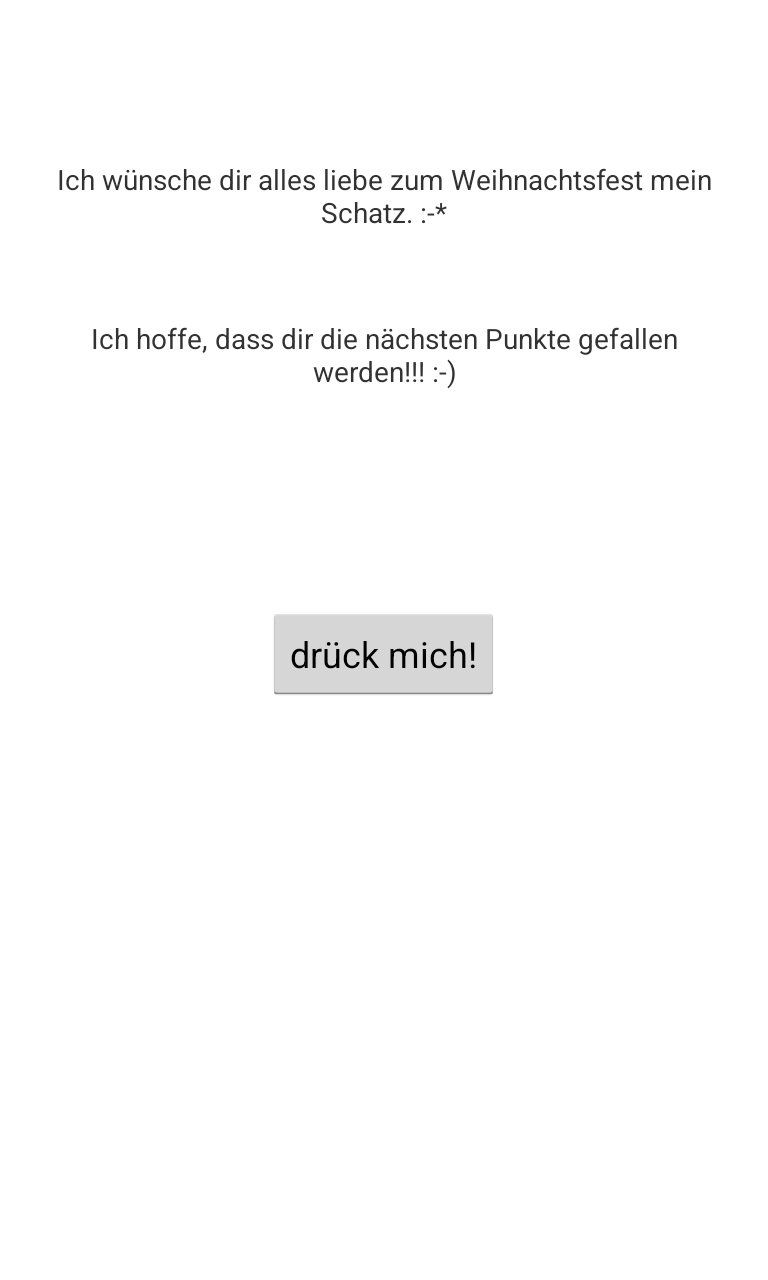
Repository: flashback2k12/ChristmasPresent
Layout: ChristmasPresent/res/layout/activity_main.xml
An editor plug-in stored every save of this project. The layout is shown before and after the next save, followed by the edit.
It is drawn on a 768 x 1280 px phone screen (xhdpi) without system bars, with theme AppTheme; the app's code is not run.

Above is the layout before, as saved 2012-12-18 19:06:49.

After the next save:
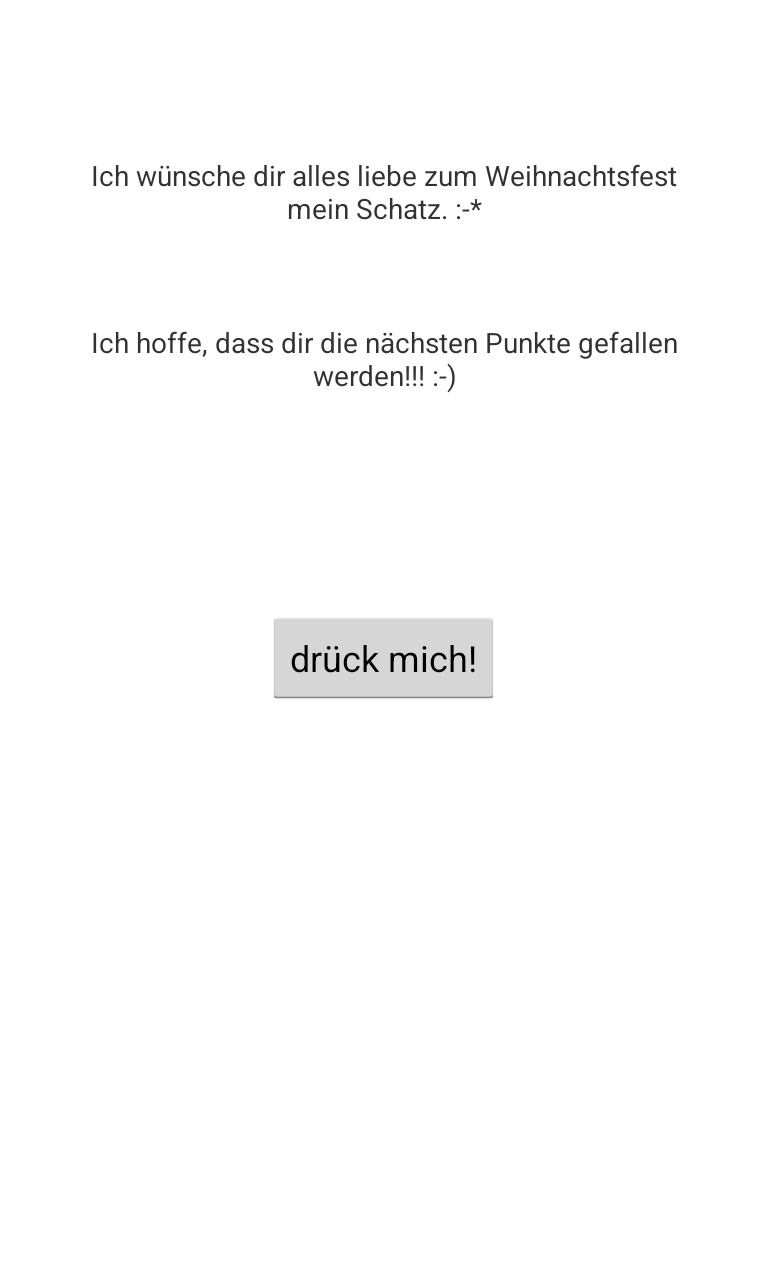
Saved 78 s later.
--- a/ChristmasPresent/res/layout/activity_main.xml
+++ b/ChristmasPresent/res/layout/activity_main.xml
@@ -19,9 +19,9 @@
         android:layout_height="wrap_content"
         android:layout_alignParentLeft="true"
         android:layout_alignParentTop="true"
-        android:layout_marginLeft="20dp"
-        android:layout_marginRight="20dp"
-        android:layout_marginTop="72dp"
+        android:layout_marginLeft="30dp"
+        android:layout_marginRight="30dp"
+        android:layout_marginTop="70dp"
         android:gravity="center"
         android:padding="@dimen/padding_medium"
         android:text="@string/hello_schatz_z1"
@@ -33,9 +33,9 @@
         android:layout_height="wrap_content"
         android:layout_alignParentLeft="true"
         android:layout_below="@+id/textView2"
-        android:layout_marginLeft="20dp"
-        android:layout_marginRight="20dp"
-        android:layout_marginTop="36dp"
+        android:layout_marginLeft="30dp"
+        android:layout_marginRight="30dp"
+        android:layout_marginTop="40dp"
         android:gravity="center"
         android:text="@string/hello_schatz_z2" />
 
